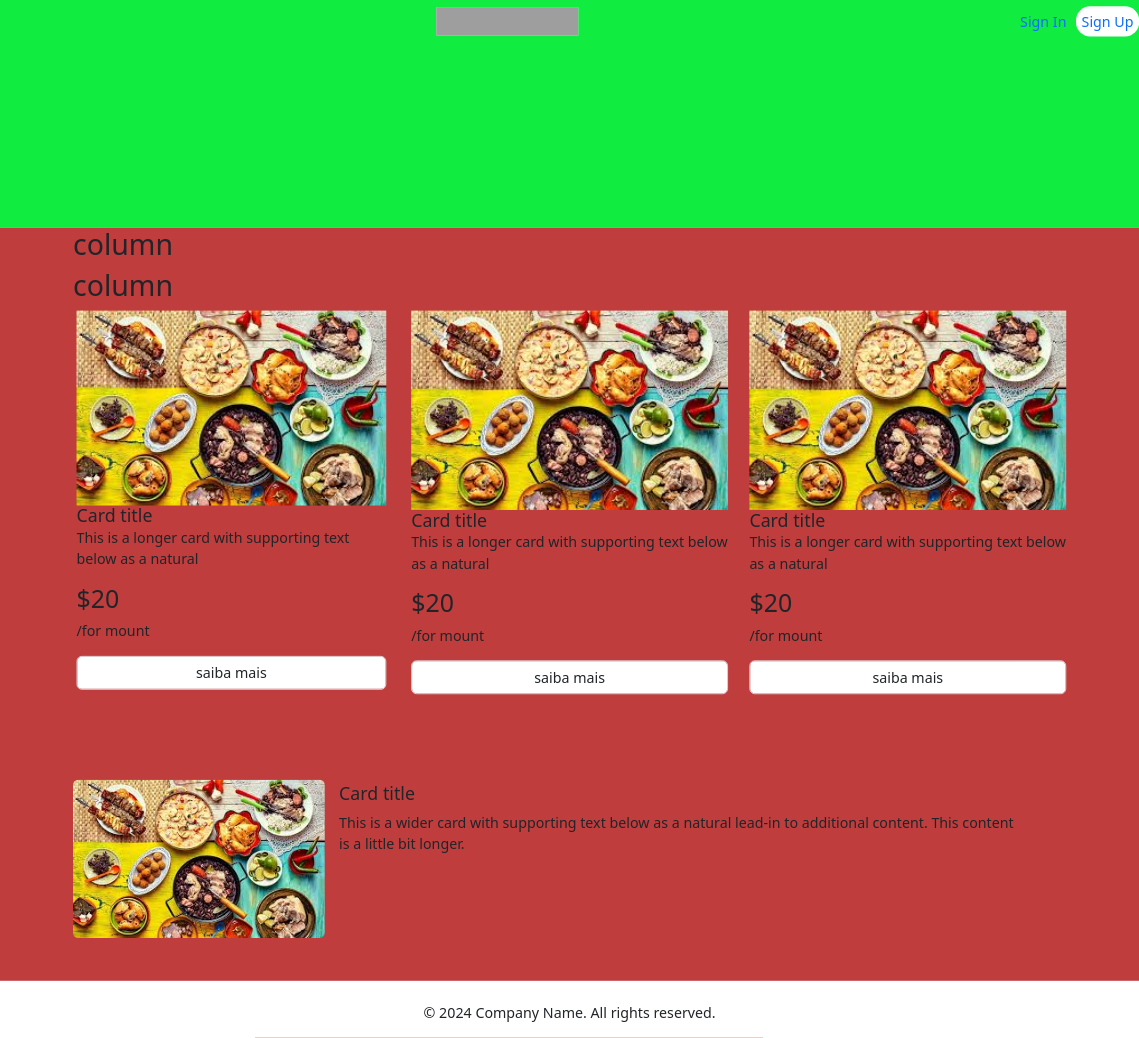
Repository: Joao-Rafael-mob/repoCurso
Page: index.html
These files come from the project's save history. The page is drawn as it stood at one moment and after the next save; the edit follows.
The browser window is 1280 px wide. The pictures show the whole page, at 89% of full size.
Pictures or frames that could not be fetched are drawn as grey boxes.

Above is the page before, as saved 2024-09-27 09:41:02.

### index.html
<!DOCTYPE html>
<html lang="en">
  <head>
    <meta charset="UTF-8" />
    <meta name="viewport" content="width=device-width, initial-scale=1.0" />
    <title>Document</title>
    <link rel="stylesheet" href="styles.css" />
    <link
      href="https://cdn.jsdelivr.net/npm/bootstrap@5.3.3/dist/css/bootstrap.min.css"
      rel="stylesheet"
      integrity="sha384-QWTKZyjpPEjISv5WaRU9OFeRpok6YctnYmDr5pNlyT2bRjXh0JMhjY6hW+ALEwIH"
      crossorigin="anonymous"
    />
  </head>

  <body>
    <div class="imagem-fundo">
      <nav class="navbar">
        <img src="logo.png" alt="Logo" />
        <div class="nav-links">
          <a href="#" class="nav-link1">Sign In</a>
          <a href="#" class="nav-link2">Sign Up</a>
        </div>
      </nav>
    </div>
    <main>
      <div class="container">
        <div class="row row-cols-1">
          <div class="col h2">column</div>
          <div class="col h2">column</div>
        </div>
        <div class="row row-cols-1 row-cols-md-3 g-4">
          <div class="col px-3">
            <div>
              <img src="banner.jpeg" class="card-img-top" alt="" />
              <div class="card-body">
                <h5 class="card-title">Card title</h5>
                <p class="" style="max-height: 4rem; overflow: hidden">
                  This is a longer card with supporting text below as a natural
                </p>

                <h3>$20</h3>
                <p>/for mount</p>

                <button class="form-control">saiba mais</button>
              </div>
            </div>
          </div>
          <div class="col">
            <div>
              <img src="banner.jpeg" class="card-img-top" alt="" />
              <div class="card-body">
                <h5 class="card-title">Card title</h5>
                <p class="" style="max-height: 4rem; overflow: hidden">
                  This is a longer card with supporting text below as a natural
                </p>
                <div>
                  <h3>$20</h3>
                  <p>/for mount</p>

                  <button class="form-control">saiba mais</button>
                </div>
              </div>
            </div>
          </div>
          <div class="col">
            <div>
              <img src="banner.jpeg" class="card-img-top" alt="" />
              <div class="card-body">
                <h5 class="card-title">Card title</h5>
                <p class="" style="max-height: 4rem; overflow: hidden">
                  This is a longer card with supporting text below as a natural
                </p>
                <div>
                  <h3>$20</h3>
                  <p>/for mount</p>

                  <button class="form-control">saiba mais</button>
                </div>
              </div>
            </div>
          </div>
        </div>
      </div>

      <div class="container mt-5">
        <div class="py-5">
          <div class="row g-0">
            <div class="col-auto me-3">
              <img src="banner.jpeg" class="rounded float-start" alt="" />
            </div>
            <div class="col pe-5">
              <div class="mt-1">
                <h5>Card title</h5>
                <p>
                  This is a wider card with supporting text below as a natural
                  lead-in to additional content. This content is a little bit
                  longer.
                </p>
              </div>
            </div>
          </div>
        </div>
      </div>
    </main>

    <footer class="text-center mt-4">
      <p>&copy; 2024 Company Name. All rights reserved.</p>
    </footer>

    <script
      src="https://cdn.jsdelivr.net/npm/bootstrap@5.3.3/dist/js/bootstrap.bundle.min.js"
      integrity="sha384-YvpcrYf0tY3lHB60NNkmXc5s9fDVZLESaAA55NDzOxhy9GkcIdslK1eN7N6jIeHz"
      crossorigin="anonymous"
    ></script>
  </body>
</html>

### styles.css
.imagem-fundo {
    background-color: rgb(16, 236, 64);
    background-position: center;
    color: white;
    width: 100%;
    min-height: 16rem;
}

.imagem-fundo .navbar img {
    background-color: rgb(255, 255, 255);
    margin: auto;
    width: 10rem;
    height: 2rem;
}

.imagem-fundo .navbar a {
    text-decoration: none;
    font-size: medium;
    padding: 0.4rem;
}

.imagem-fundo .navbar .nav-link2 {
    background-color: rgb(255, 255, 255);
    border-radius: 1rem;
}

.imagem-fundo .address {
    width: 50%;
    padding-top: 3rem;
    margin: auto;
}

.imagem-fundo .address a {
    width: 50%;
    margin: auto;
    text-decoration: none;
}

main  {
    background-color: rgb(192, 61, 61);

}

After the next save:
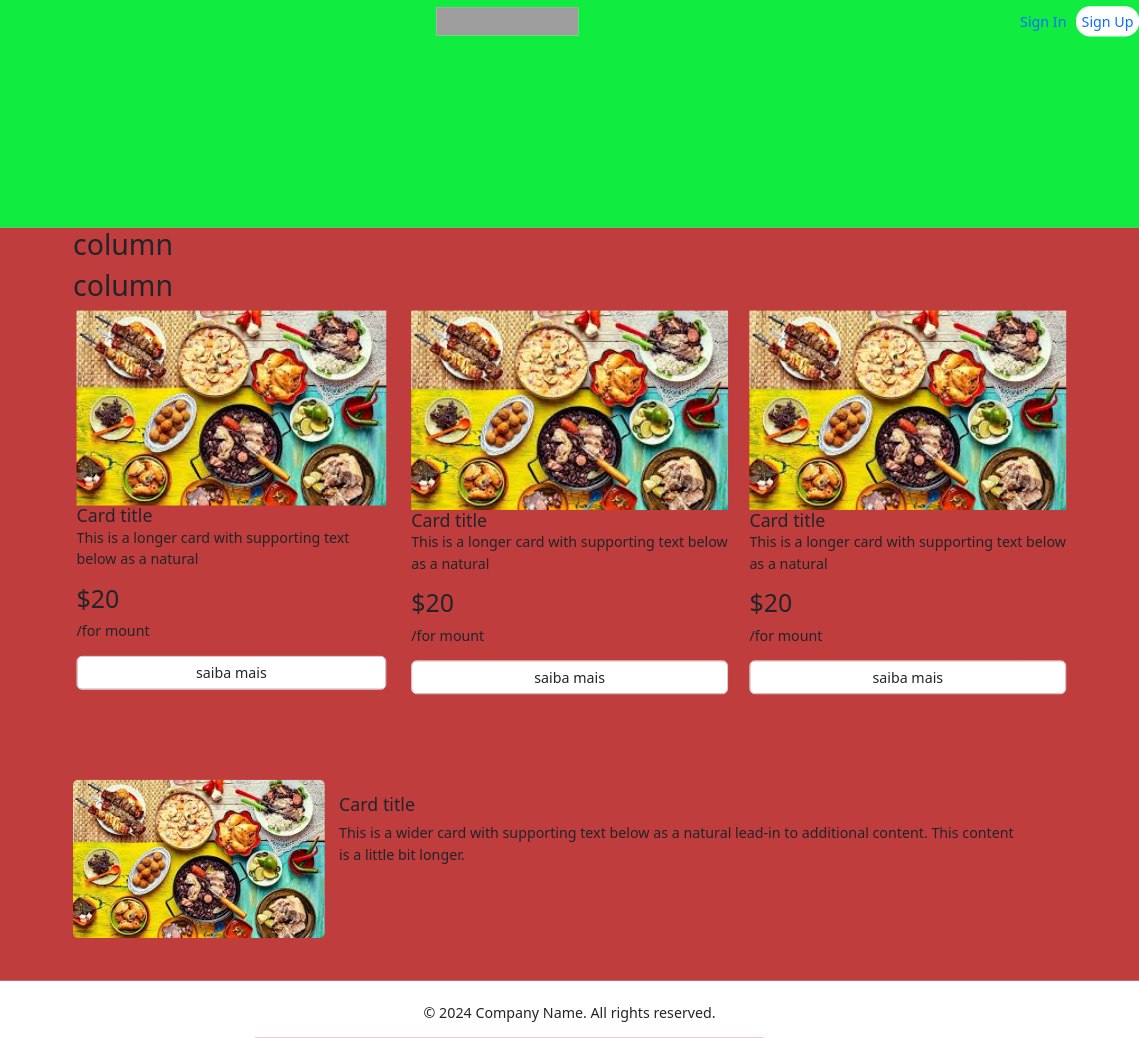
Saved 6 s later.
--- a/index.html
+++ b/index.html
@@ -90,7 +90,7 @@
               <img src="banner.jpeg" class="rounded float-start" alt="" />
             </div>
             <div class="col pe-5">
-              <div class="mt-1">
+              <div class="mt-3">
                 <h5>Card title</h5>
                 <p>
                   This is a wider card with supporting text below as a natural
